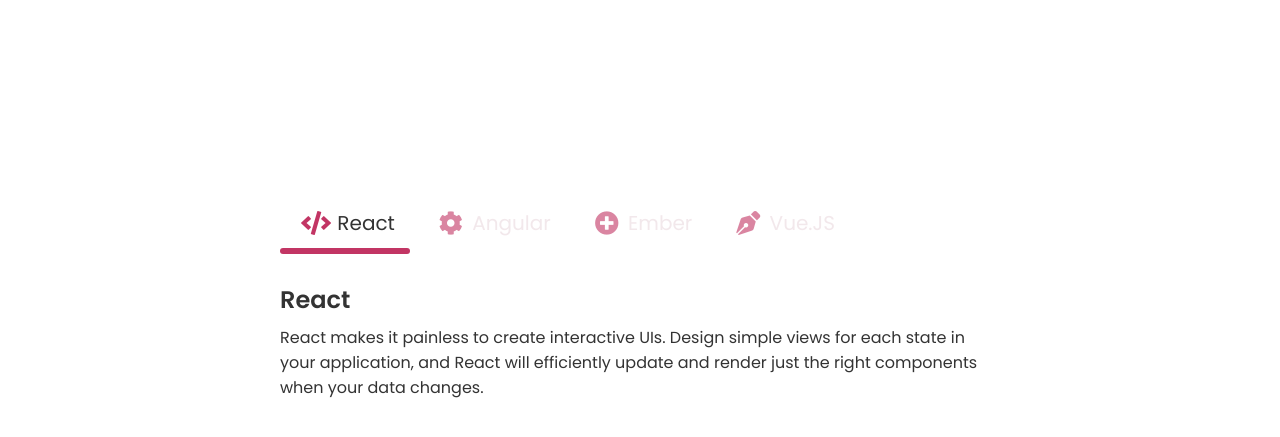
Repository: NguyenMinhTho2207/MT.Shoppe
Page: index-test.html
An editor plug-in stored every save of this project. The page is shown before and after the next save, followed by the edit.
The browser window is 1280 px wide. The pictures show the whole page.

Above is the page before, as saved 2021-12-03 12:39:12.

After the next save:
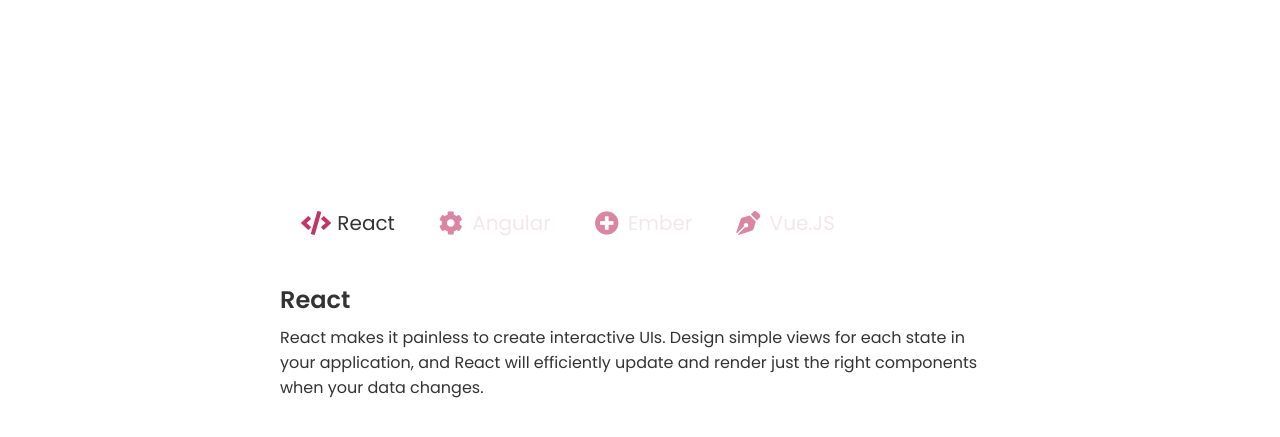
Saved 85 s later.
--- a/index-test.html
+++ b/index-test.html
@@ -59,27 +59,5 @@
       </div>
     </div>
   </div>
-  <script>
-    const $ = document.querySelector.bind(document)
-    const $$ = document.querySelectorAll.bind(document)
-    const tabs = $$('.tab-item');
-    const panes = $$('.tab-pane');
-    const tabOffset = $('.tab-item.active')
-    const lineActive = $('.tabs .line')
-    lineActive.style.left = tabOffset.offsetLeft + 'px';
-    lineActive.style.width = tabOffset.offsetWidth + 'px';
-
-    tabs.forEach((tab, index) => {
-      tab.onclick = function () {
-        const pane = panes[index];
-        $('.tab-item.active').classList.remove('active');
-        $('.tab-pane.active').classList.remove('active');
-        lineActive.style.left = this.offsetLeft + 'px';
-        lineActive.style.width = this.offsetWidth + 'px';
-        this.classList.add('active')
-        pane.classList.add('active');
-
-      }
-    })
-  </script>
+  <script src="./index.js"></script>
 </body>
